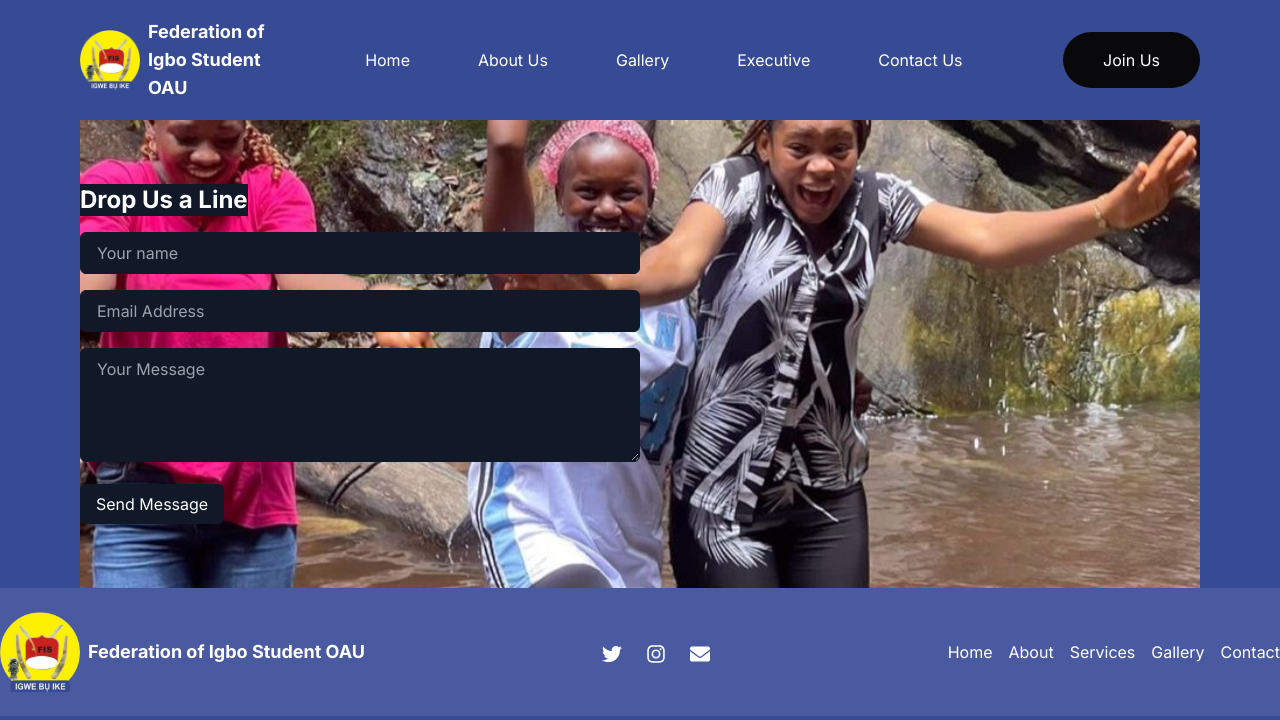
Repository: akinolapo/fis
Page: /Contact
An editor plug-in stored every save of this project. The page is shown before and after the next save, followed by the edit.
The browser window is 1280 px wide. The pictures show the whole page.
The project was rebuilt for these pictures with package versions that can differ from the ones it lists, and the page was loaded fresh each time. The framework's server and built-in components were replaced by stand-ins that run in the browser. Also part of the build but not shown: next.config.mjs.

Above is the page before, as saved 2024-05-06 19:19:52.

### app/layout.tsx
import type { Metadata } from "next";
import { Inter } from "next/font/google";
import "./globals.css";
import Header from "./components/Header/Header";
import Head from "next/head";
import Footer from "./components/Footer/Footer";
import { NavMobile } from "./components/Header/MobileNav/NavMobile";



const inter = Inter({ subsets: ["latin"] });

export const metadata: Metadata = {
  title: "Federation of Igbo Student OAU",
  description: "Federation of Igbo Student OAU",
};

export default function RootLayout({
  children,
}: Readonly<{
  children: React.ReactNode;
}>) {
  return (
    <html lang="en">
       <Head>
        <meta charSet="utf-8" />
        <meta name="viewport" content="width=device-width, initial-scale=1" />
        <meta name="theme-color" content="#ffffff" />
        <link rel="manifest" href="/site.webmanifest" />
        <link rel="icon" href="/favicon.ico" />
        {/* Add any other meta tags you need */}
      </Head>
      <body className={inter.className}>
        <main className="px-6 lg:px-20">
        <Header/>
        <NavMobile/>
        {children}
        </main>
        <Footer/>
        </body>
    </html>
  );
}

### app/Contact/page.tsx
import React from 'react'

const page = () => {
  return (
       <div
       className="bg-cover bg-center relative contact-bg"
       style={{ padding: 0 }}
       >
      {/* Contact form */}
      <div className="container mx-auto py-16">
        <div className="flex flex-col md:flex-row">
          {/* Contact form */}
          <div className="md:w-1/2">
            <h2 className="text-2xl font-bold mb-4 bg-gray-900 w-fit">Drop Us a Line</h2>
            <form>
              <div className="mb-4">
                <input
                  type="text"
                  id="name"
                  name="name"
                  placeholder='Your name'
                  className="w-full border border-gray-900 rounded-md px-4 py-2 bg-gray-900 text-white"
                />
              </div>
              <div className="mb-4">
                <input
                  type="email"
                  id="email"
                  name="email"
                  placeholder='Email Address'
                  className="w-full border border-gray-900 rounded-md px-4 py-2 bg-gray-900 text-white"
                />
              </div>
              <div className="mb-4">
                <textarea
                  id="message"
                  name="message"
                  rows={4}
                  placeholder='Your Message'
                  className="w-full border border-gray-900 rounded-md px-4 py-2 bg-gray-900 text-white"
                ></textarea>
              </div>
              <button
                type="submit"
                className="bg-gray-900 text-white px-4 py-2 rounded-md hover:bg-gray-950 transition-colors duration-300"
              >
                Send Message
              </button>
            </form>
          </div>
          {/* Contact form ends */}
        </div>
      </div>
    </div>
  )
}

export default page

### app/globals.css
@tailwind base;
@tailwind components;
@tailwind utilities;z

*{
  margin: 0;
  padding: 0;
}

.bg-myDarkColor{
  background-color: #364B94;
}

.bg-myLightColor{
  background-color: #4A5AA1;
}

body {
  background: #364B94 !important;
  color: #ffffff !important;
}

footer{
  background: #4A5AA1 !important;
}

a {
  text-decoration: none !important;
  color: #ffffff !important;
}

footer a:hover{
  color: rgb(156 163 175);
}

.contact-bg{
  background-image: url('/images/contact.jpg');
  padding: 0 !important;
}

@layer utilities {
  .text-balance {
    text-wrap: balance;
  }
}

### app/components/Header/Header.tsx
import Image from "next/image";

const Header = () => {
  return (
    <header className="hidden justify-between items-center py-4 text-white lg:flex">
      {/* Logo and Site Title */}
      <div className="flex items-center">
        <Image src="/logo.png" alt="Logo" width={60} height={60} className="mr-2"  />
        <h1 className="text-lg font-bold">Federation of <br></br>Igbo Student<br></br> OAU</h1>
      </div>

      {/* Menu */}
      <nav className="flex justify-center flex-grow">
        <ul className="flex gap-1">
          <a href="/"><li className="cursor-pointer hover:text-gray-400 p-8">Home</li></a>
          <a href="/about"><li className="cursor-pointer hover:text-gray-400 p-8">About Us</li></a>
          <a href="/gallery"><li className="cursor-pointer hover:text-gray-400 p-8">Gallery</li></a>
          <a href="/executive"><li className="cursor-pointer hover:text-gray-400 p-8">Executive</li></a>
          <a href="contact"><li className="cursor-pointer hover:text-gray-400 p-8">Contact Us</li></a>
        </ul>
      </nav>

      {/* Join Us Button */}
      <button className="rounded-full py-4 px-10 bg-zinc-950 hover:bg-black text-white">
        Join Us
      </button>
    </header>
  );
};

export default Header;

### app/components/Footer/Footer.tsx
// Footer.tsx

import { FaTwitter, FaInstagram, FaEnvelope } from "react-icons/fa";

const Footer = () => {
  return (
    <footer className="text-white py-6">
      <div className="container mx-auto flex flex-col md:flex-row justify-between items-center">
        {/* Left section with logo, site title, and contact info */}
        <div className="flex items-center mb-4 md:mb-0">
          <img src="/logo.png" alt="Logo" className="h-20 mr-2" />
          <div className="text-lg font-bold">Federation of Igbo Student OAU</div>
        </div>
        <div>
          {/* <h3>Contact Us</h3> */}
          <div className="flex flex-col">
            <div className="flex items-center mt-1">
              <a
                href="https://twitter.com/"
                target="_blank"
                rel="noopener noreferrer"
                className="mr-2 text-white bg-primary p-2 rounded-full"
              >
                <FaTwitter className="text-xl" />
              </a>
              <a
                href="https://www.instagram.com/"
                target="_blank"
                rel="noopener noreferrer"
                className="mr-2 text-white bg-primary p-2 rounded-full"
              >
                <FaInstagram className="text-xl" />
              </a>
              <a
                href="mailto:example@example.com"
                target="_blank"
                rel="noopener noreferrer"
                className="text-white bg-primary p-2 rounded-full"
              >
                <FaEnvelope className="text-xl" />
              </a>
            </div>
          </div>
        </div>

        {/* Right section with site menu items */}
        <div className="md:hidden mt-4">
          <ul className="flex flex-wrap justify-center">
            <li className="mr-4 mb-2">
              <a href="#">Home</a>
            </li>
            <li className="mr-4 mb-2">
              <a href="#">About</a>
            </li>
            <li className="mr-4 mb-2">
              <a href="#">Services</a>
            </li>
            <li className="mr-4 mb-2">
              <a href="#">Gallery</a>
            </li>
            <li className="mb-2">
              <a href="#">Contact</a>
            </li>
          </ul>
        </div>
        {/* Right section with site menu items */}
        <div className="hidden md:block">
          <ul className="flex">
            <li className="mr-4">
              <a href="#">Home</a>
            </li>
            <li className="mr-4">
              <a href="#">About</a>
            </li>
            <li className="mr-4">
              <a href="#">Services</a>
            </li>
            <li className="mr-4">
              <a href="#">Gallery</a>
            </li>
            <li>
              <a href="#">Contact</a>
            </li>
          </ul>
        </div>
      </div>
    </footer>
  );
};

export default Footer;

### app/components/Header/MobileNav/NavMobile.tsx
'use client'

import { useClickAway } from "react-use";
import { useRef } from "react";
import { useState } from "react";
import { AnimatePresence, motion } from "framer-motion";
import { Squash as Hamburger } from "hamburger-react";
import { routes } from "./routes";
import Image from "next/image";

export const NavMobile = () => {
  const [isOpen, setOpen] = useState(false);
  const ref = useRef(null);

  useClickAway(ref, () => setOpen(false));

  return (
    <div ref={ref} className="flex items-center justify-between py-2 lg:hidden">
      <Image src="/logo.png" alt="Logo" width={60} height={60} className="mr-2"  />
      <Hamburger toggled={isOpen} size={20} toggle={setOpen} />
      <AnimatePresence>
        {isOpen && (
          <motion.div
            initial={{ opacity: 0 }}
            animate={{ opacity: 1 }}
            exit={{ opacity: 0 }}
            transition={{ duration: 0.2 }}
            className="fixed z-20 bg-myDarkColor left-0 shadow-4xl right-0 top-[4.5rem] p-4"
          >
            <ul className="grid gap-2">
              {routes.map((route, idx) => {

                return (
                  <motion.li
                    initial={{ scale: 0, opacity: 0 }}
                    animate={{ scale: 1, opacity: 1 }}
                    transition={{
                      type: "spring",
                      stiffness: 260,
                      damping: 20,
                      delay: 0.1 + idx / 10,
                    }}
                    key={route.title}
                    className="w-full p-[0.08rem] rounded-xl bg-primary "
                  >
                    <a
                      onClick={() => setOpen((prev) => !prev)}
                      className={
                        "flex items-center justify-between w-full p-3 rounded-xl bg-myLightColor text-white"
                      }
                      href={route.href}
                    >
                      <span className="flex gap-1 text-lg">{route.title}</span>
                    </a>
                  </motion.li>
                );
              })}
            </ul>
          </motion.div>
        )}
      </AnimatePresence>
    </div>
  );
};

### app/components/Header/MobileNav/routes.ts
export const routes = [
    {
      title: "Home",
      href: "#",
    },
    {
      title: "About Us",
      href: "#",
    },
    {
      title: "Gallery",
      href: "#",
    },
    {
      title: "Executive",
      href: "#",
    },
    {
      title: "Contact Us",
      href: "#",
    },
    {
      title: "Join Us",
      href: "#",
    },
  ];

Loaded but not shown: tailwind.config.ts (common file)

After the next save:
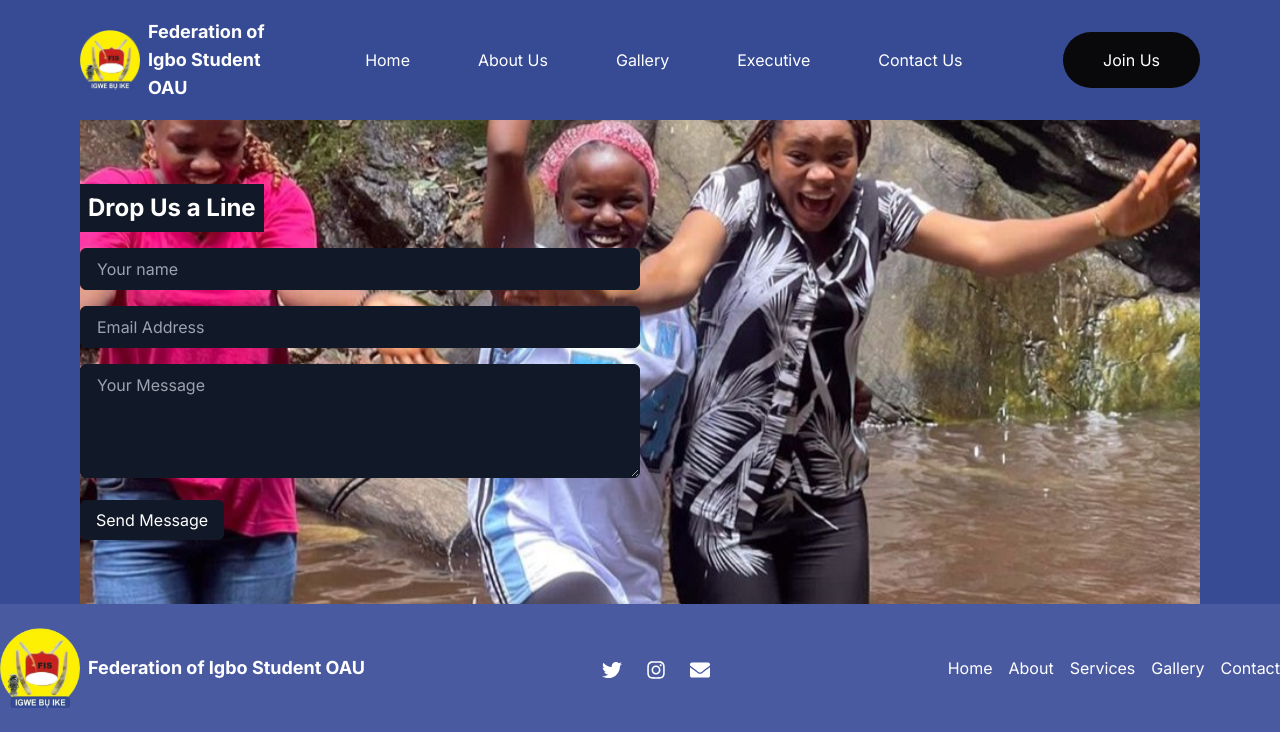
Saved 10 s later.
--- a/app/Contact/page.tsx
+++ b/app/Contact/page.tsx
@@ -11,7 +11,7 @@ const page = () => {
         <div className="flex flex-col md:flex-row">
           {/* Contact form */}
           <div className="md:w-1/2">
-            <h2 className="text-2xl font-bold mb-4 bg-gray-900 w-fit">Drop Us a Line</h2>
+            <h2 className="text-2xl font-bold mb-4 bg-gray-900 w-fit p-2">Drop Us a Line</h2>
             <form>
               <div className="mb-4">
                 <input
